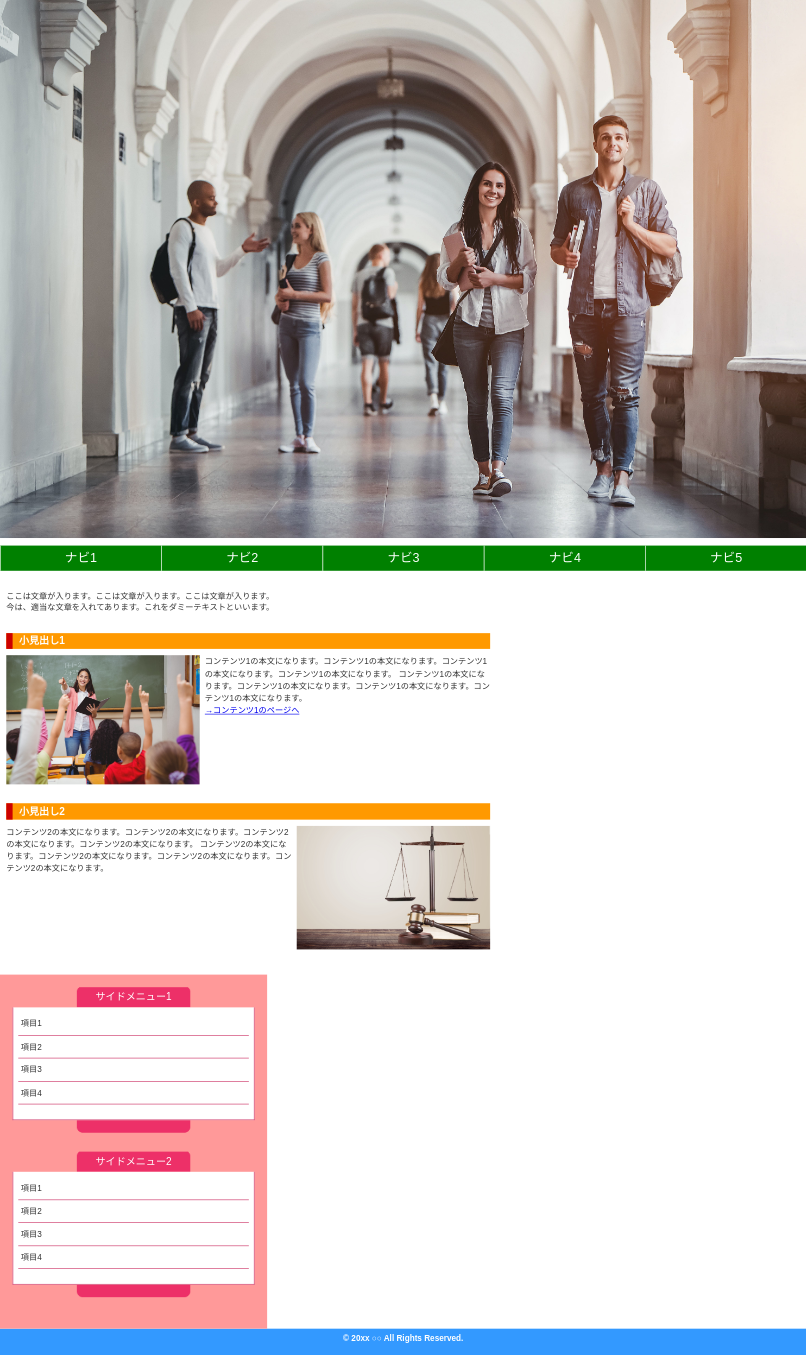
Repository: hayatesan8810/samurai_HTML-CSS
Page: home.html
The author's editor kept a record of every edit. The page is drawn from the files as they stood at one moment, then again after the next edit.
The browser window is 1280 px wide. The pictures show the whole page, at 63% of full size.

Above is the page before.

After the next edit:
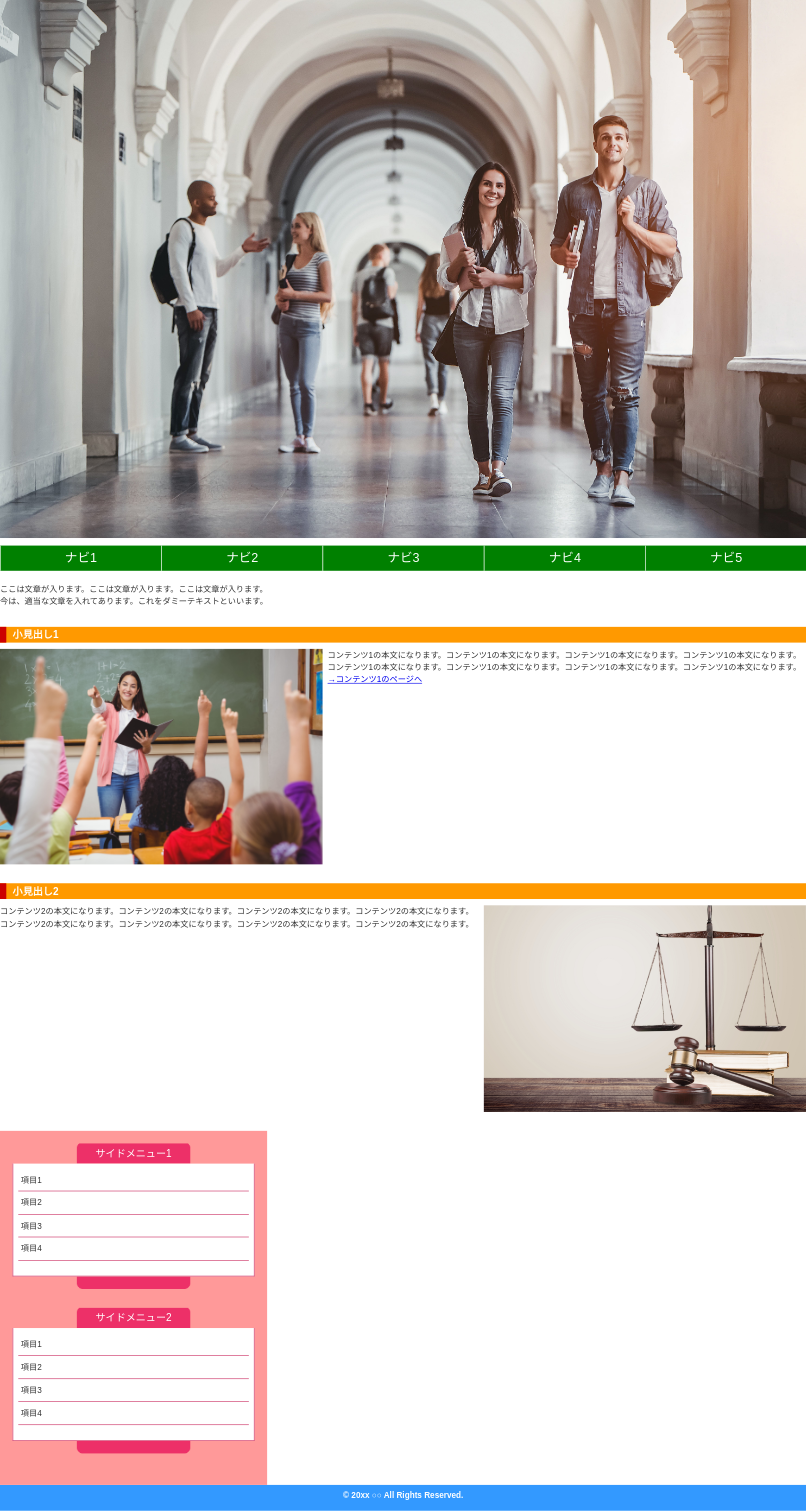
The edit:
--- a/stylesheet.css
+++ b/stylesheet.css
@@ -85,8 +85,7 @@
 }
 /* -------------------- main -------------------- */
 #main {
-	float: left;
-	width: 60%;
+    width: 95%
 	padding: 10px 30px 10px 10px;
 }
 #main h2 {
